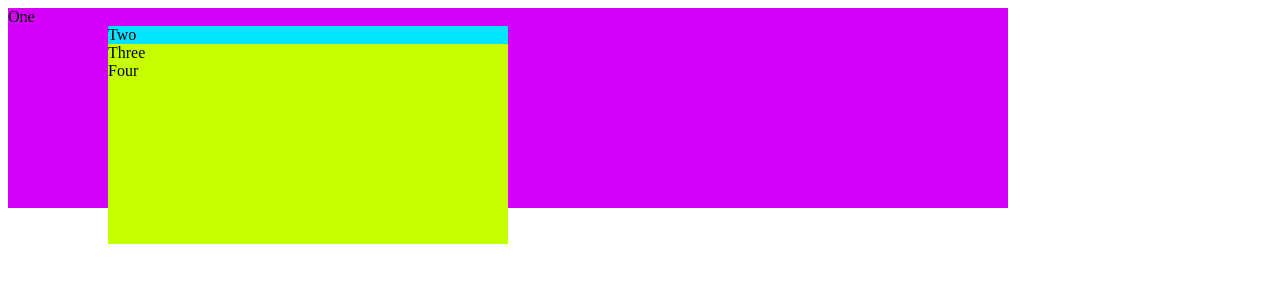
Repository: LavriaNeptune/css-basic
Page: position/z-index.html
The author's editor kept a copy of each file at every save. The page is drawn from the files as they stood at one save, then again after a run of saves.
The browser window is 1280 px wide. The pictures show the whole page.

Above is the page before, as saved 2022-08-19 20:30:10.

After the next 2 saves:
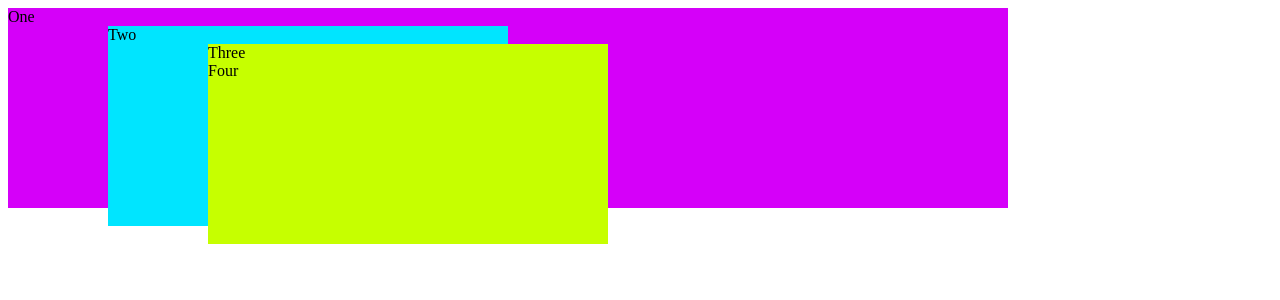
The 2 saves are shown as one change because they came seconds apart.
The last was saved 8 s later.
--- a/position/z-index.html
+++ b/position/z-index.html
@@ -18,11 +18,15 @@
         width: 400px;
         height: 200px;
         background-color: #c6ff00;
+        position: relative;
+        left: 100px;
       }
       #fore {
         width: 200px;
         height: 200px;
         background-color: #ff3d00;
+        position: relative;
+        left: 100px;
       }
     </style>
   </body>
